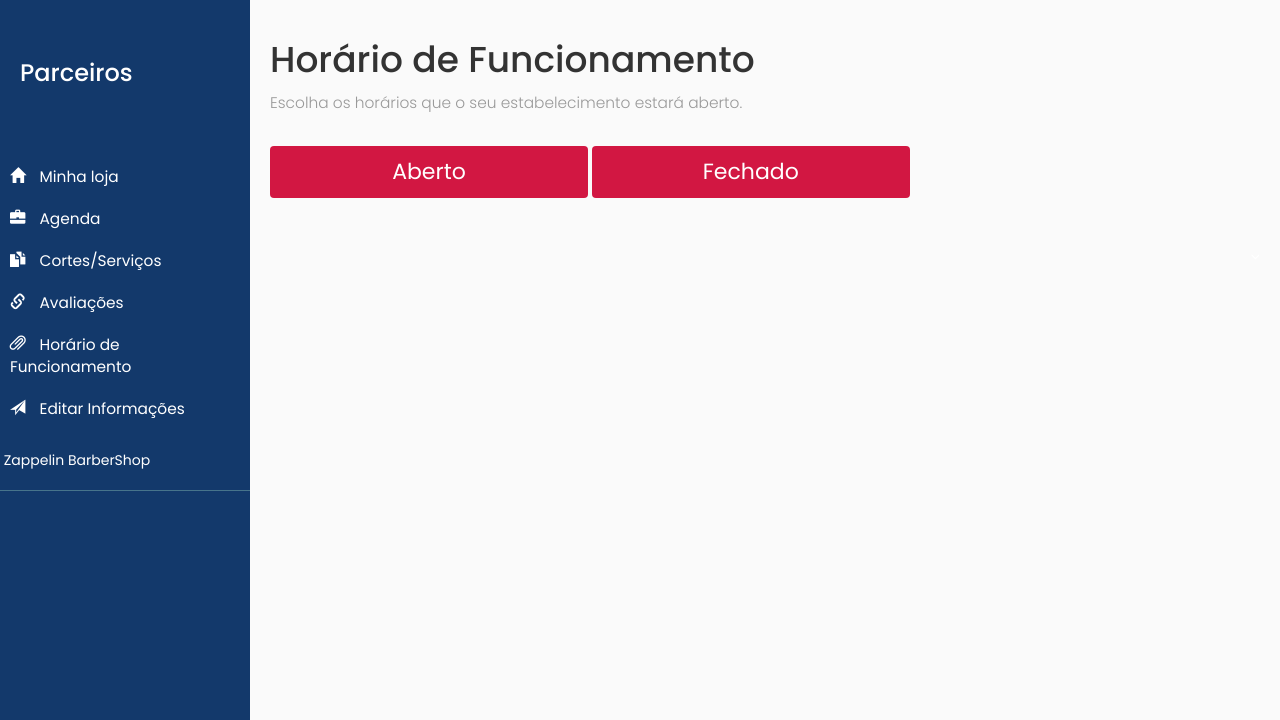
Repository: aquilesascar/barberconnect
Page: http://localhost/horario.php
The author's editor kept a copy of each file at every save. The page is drawn from the files as they stood at one save, then again after the next save.
The browser window is 1280 px wide. The pictures show the whole page.
The page is run by PHP 8.4 with error messages shown; the project is at /var/www/html/.

Above is the page before, as saved 2023-10-09 13:43:02.

After the next save:
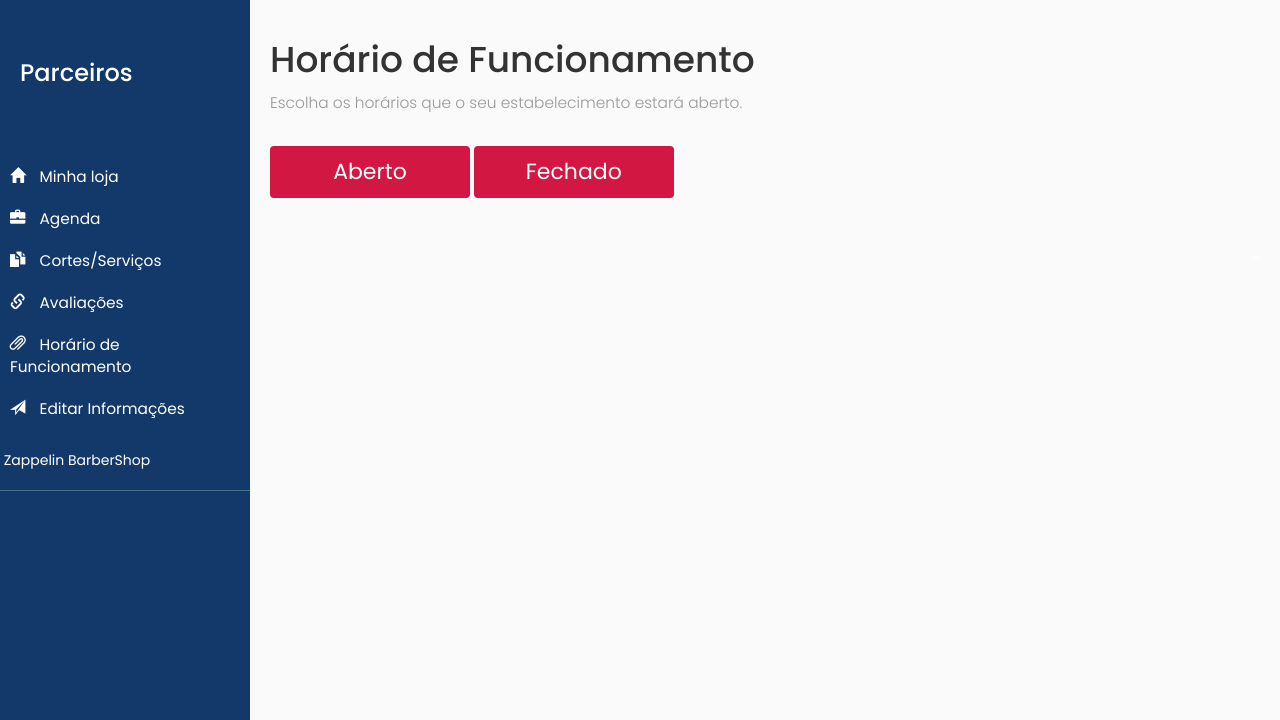
Saved 20 s later.
--- a/horario.php
+++ b/horario.php
@@ -44,7 +44,7 @@
                     border-radius: 4px;
                     background-color: #D21742;
                     outline: none;
-                    width: 318px;
+                    width: 200px;
                     height: 52px;
                 }
             </style>
